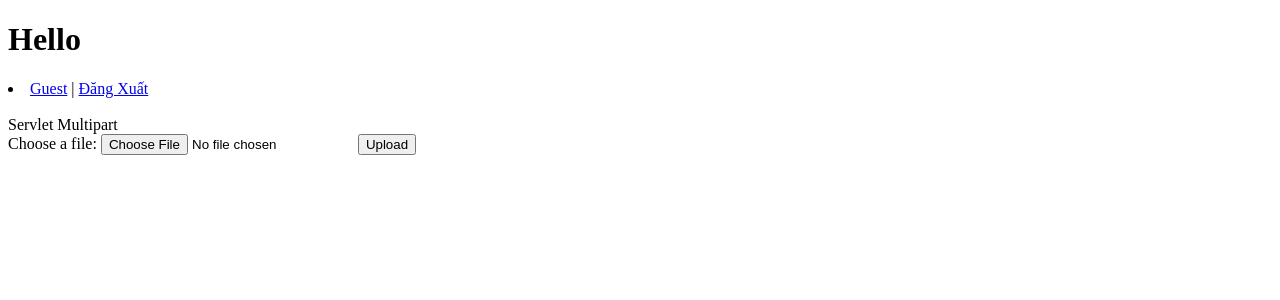
Repository: quynh-trandiem04/BaiTap_Tuan4_LTWeb
Page: http://localhost/Project_LTWeb/views/Home.jsp
An editor plug-in stored every save of this project. The page is shown before and after the next save, followed by the edit.
The browser window is 1280 px wide. The pictures show the whole page.
The page is served by Tomcat 10. Nobody is signed in. The application's start-up code is not run.

Above is the page before, as saved 2024-09-24 13:41:05.

After the next save:
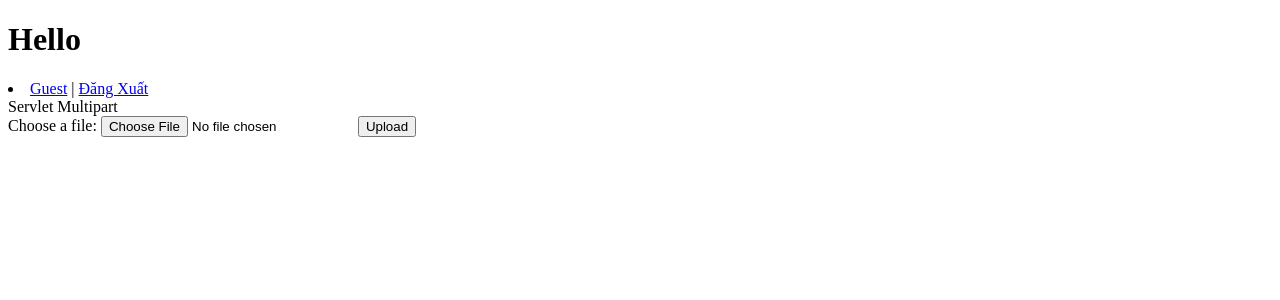
Saved 19 s later.
--- a/Project_LTWeb/src/main/webapp/views/Home.jsp
+++ b/Project_LTWeb/src/main/webapp/views/Home.jsp
@@ -18,14 +18,12 @@
 		</c:choose> | <a href="${pageContext.request.contextPath}/logout">Đăng Xuất</a></li>
 
 
-	</br>
-	<div>Servlet Multipart</div>
-	<form method="post" action="${pageContext.request.contextPath}/multiPartServlet"
-		enctype="multipart/form-data">
-		Choose a file: <input type="file" name="multiPartServlet" /> <input
-			type="submit" value="Upload" />
-	</form>
-	</br>
+    <div>Servlet Multipart</div>
+    <form method="post" action="${pageContext.request.contextPath}/multiPartServlet" enctype="multipart/form-data">
+        Choose a file:
+        <input type="file" name="uploadFile" required />
+        <input type="submit" value="Upload" />
+    </form>
 
 </body>
 </html>
